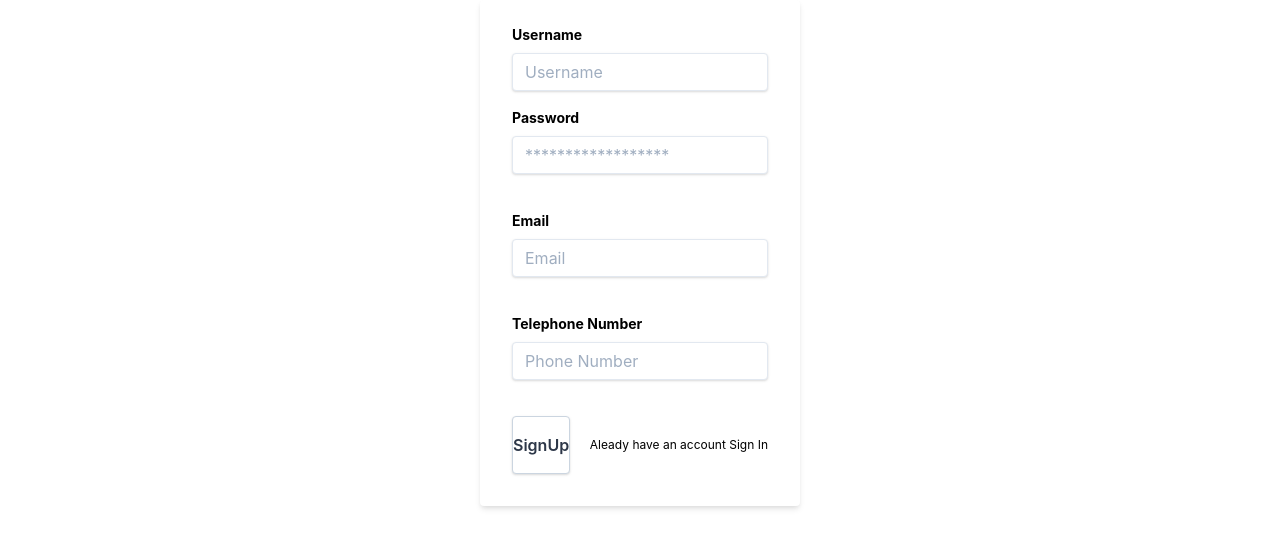
Repository: tzs34/amplifyLogin
Page: /signup
The author's editor kept a copy of each file at every save. The page is drawn from the files as they stood at one save, then again after the next save.
The browser window is 1280 px wide. The pictures show the whole page.
The project was rebuilt for these pictures with package versions that can differ from the ones it lists, and the page was loaded fresh each time. Also part of the build but not shown: src/components/Views/HomePage.js, src/services/AWSService.js, src/components/Form/form-utils.js, src/components/Alerts/Error.js, src/components/Auth/LoginForm.js, src/components/Routes/PrivateRoute.js, src/App.css.

Above is the page before, as saved 2019-12-09 15:59:54.

### src/components/App.js
import React from 'react'
import HomePage from './Views/HomePage'
import { LoginForm, SignUpForm } from './Auth'
import PrivateRoute from './Routes/PrivateRoute'
import { Route, Switch } from 'react-router-dom'
import Amplify from 'aws-amplify'
import aws_exports from '../aws-exports'

import '../App.css'
Amplify.configure(aws_exports)

const AppWithAuth = props => (
  <div>
    <Switch>
      <Route path="/login" component={LoginForm} />
      <Route path="/signup" component={SignUpForm} />
      <PrivateRoute path="/" component={HomePage} />
    </Switch>
  </div>
)

export default AppWithAuth

### src/components/Auth/index.js
export { default as LoginForm } from './LoginForm'
export { default as SignUpForm } from './SignUpForm'

### src/aws-exports.js
// WARNING: DO NOT EDIT. This file is automatically generated by AWS Amplify. It will be overwritten.

const awsmobile = {
    "aws_project_region": "eu-west-1",
    "aws_cognito_identity_pool_id": "eu-west-1:78658c00-a3a9-4335-b9a2-012e558d95ad",
    "aws_cognito_region": "eu-west-1",
    "aws_user_pools_id": "eu-west-1_9evoBmRa5",
    "aws_user_pools_web_client_id": "1naprqnmpul6lh7797tmaub4oh"
};


export default awsmobile;

### src/components/Auth/SignUpForm.js
import React, { useState } from 'react'
import FormButton from '../Form/FormButton'

const SignUpForm = ({ history }) => {
  const [signUp, setSignUp] = useState({})

  function handleInputChange({ target: { id, value } }) {
    setSignUp({ ...signUp, ...{ [id]: value } })
  }

  function onSignIn() {
    history.push('/login')
  }
  return (
    <div className="mx-auto w-full max-w-xs">
      <form className="bg-white shadow-md rounded px-8 pt-6 pb-8 mb-4">
        <div className="mb-4">
          <label
            className="block text-grey-darker text-sm font-bold mb-2"
            htmlFor="username"
          >
            Username
          </label>
          <input
            className="shadow appearance-none border rounded w-full py-2 px-3 text-grey-darker leading-tight focus:outline-none focus:shadow-outline"
            id="username"
            key="username"
            name="username"
            onChange={handleInputChange}
            type="text"
            placeholder="Username"
          />
        </div>
        <div className="mb-6">
          <label
            className="block text-grey-darker text-sm font-bold mb-2"
            htmlFor="password"
          >
            Password
          </label>
          <input
            className="shadow appearance-none border rounded w-full py-2 px-3 text-grey-darker mb-3 leading-tight focus:outline-none focus:shadow-outline"
            id="password"
            key="password"
            name="password"
            onChange={handleInputChange}
            type="password"
            placeholder="******************"
          />
        </div>
        <div className="mb-6">
          <label
            className="block text-grey-darker text-sm font-bold mb-2"
            htmlFor="email"
          >
            Email
          </label>
          <input
            className="shadow appearance-none border rounded w-full py-2 px-3 text-grey-darker mb-3 leading-tight focus:outline-none focus:shadow-outline"
            id="email"
            key="email"
            name="email"
            onChange={handleInputChange}
            type="email"
            placeholder="Email"
          />
        </div>
        <div className="mb-6">
          <label
            className="block text-grey-darker text-sm font-bold mb-2"
            htmlFor="phone_number"
          >
            Telephone Number
          </label>
          <input
            className="shadow appearance-none border rounded w-full py-2 px-3 text-grey-darker mb-3 leading-tight focus:outline-none focus:shadow-outline"
            id="phone_number"
            key="phone_number"
            name="phone_number"
            onChange={handleInputChange}
            type="tel"
            placeholder="Phone Number"
          />
        </div>
        <div className="flex items-center justify-between">
          <div>
            <FormButton type="button" label="SignUp" />
          </div>
          <div>
            <p className="text-grey-dark text-xs">
              Aleady have an account{' '}
              <a
                className="text-indigo cursor-pointer hover:text-indigo-darker"
                onClick={onSignIn}
              >
                Sign In
              </a>
            </p>
          </div>
        </div>
      </form>
    </div>
  )
}

export default SignUpForm

### src/components/Form/FormButton.js
import React from 'react'

const noop = () => {}
const FormButton = ({ label, type, onClick = noop }) => (
  <button
    className="bg-white hover:bg-gray-100 text-gray-800 font-semibold py-4  border border-gray-400 rounded shadow"
    type={type}
    onClick={onClick}
  >
    {label}
  </button>
)

export default FormButton

Loaded but not shown: public/index.html (common file); src/index.js (common file); src/index.css (library)

After the next save:
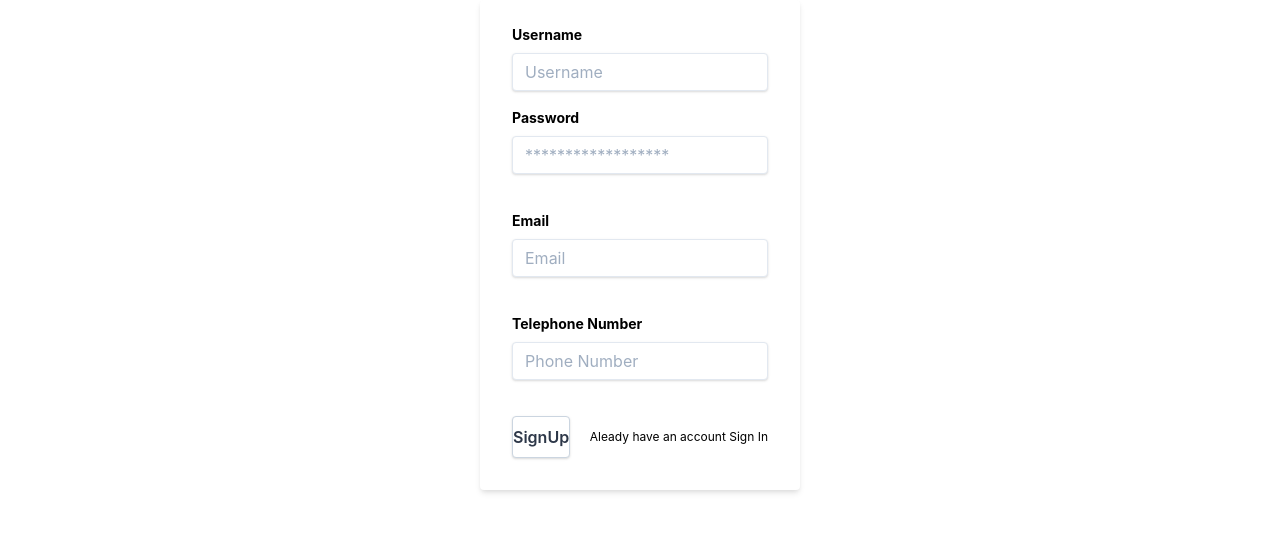
Saved 17 s later.
--- a/src/components/Form/FormButton.js
+++ b/src/components/Form/FormButton.js
@@ -3,7 +3,7 @@ import React from 'react'
 const noop = () => {}
 const FormButton = ({ label, type, onClick = noop }) => (
   <button
-    className="bg-white hover:bg-gray-100 text-gray-800 font-semibold py-4  border border-gray-400 rounded shadow"
+    className="bg-white hover:bg-gray-100 text-gray-800 font-semibold py-2 p=3  border border-gray-400 rounded shadow"
     type={type}
     onClick={onClick}
   >
